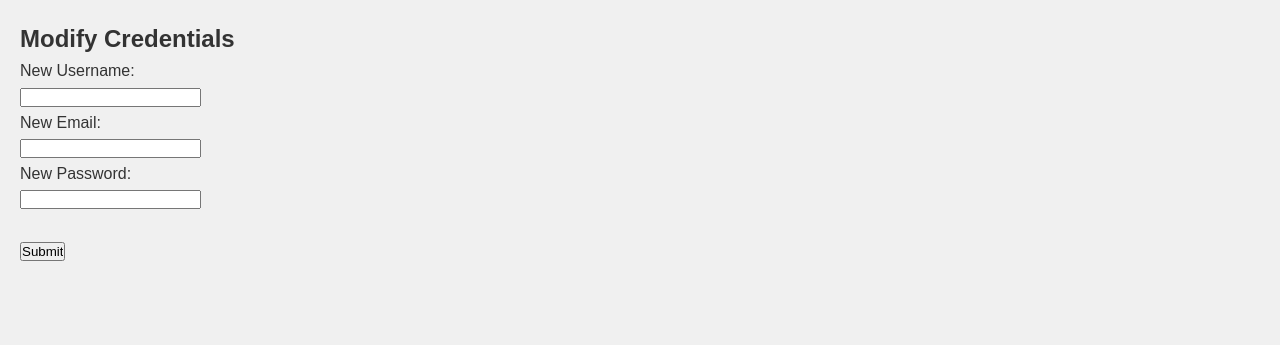
Repository: Javimetro/UniZen
Page: client/public/modifyCredentials.html
These files come from the project's save history. The page is drawn as it stood at one moment and after the next save; the edit follows.
The browser window is 1280 px wide. The pictures show the whole page.

Above is the page before, as saved 2024-03-13 10:12:16.

### client/public/modifyCredentials.html
<!DOCTYPE html>
<html>
<head>
  <meta charset="UTF-8">
  <meta name="viewport" content="width=device-width, initial-scale=1.0">
  <title>Modify Credentials</title>
  <link rel="stylesheet" href="/styles/style.css"> <!-- Link to CSS file -->
  <link rel="icon" href="/public/assets/images/favicon.ico" type="image/x-icon">
</head>
<body>
  <h2>Modify Credentials</h2>
  <form id="modify-credentials-form">
    <label for="username">New Username:</label><br>
    <input type="text" id="username" name="username" required><br>
    <label for="email">New Email:</label><br>
    <input type="email" id="email" name="email" required><br>
    <label for="password">New Password:</label><br>
    <input type="password" id="password" name="password" minlength="8" required><br>
    <span id="passwordInfoBox" style="display: none;">At least 8 characters long</span><br>
    <input type="submit" value="Submit">
  </form>
  <script src="../src/modifyCredentials.js"></script>
</body>
</html>

### client/public/styles/style.css
/* Basic Reset */
* {
  margin: 0;
  padding: 0;
  box-sizing: border-box;
}

body {
  font-family: 'Arial', sans-serif;
  background-color: #f0f0f0;
  color: #333;
  line-height: 1.6;
  padding: 20px;
}

h1 {
  color: #0fc61b;
  margin-bottom: 20px;
}



p {
  margin-bottom: 20px;
}

#kissaContainer {
  max-width: 800px;
  display: flex;
  flex-direction: column;
  margin: auto;
  background: #fff;
  padding: 20px;
  border-radius: 8px;
  box-shadow: 0 2px 4px rgba(0, 0, 0, 0.1);
}
.card-area {
  display: flex;
  flex-direction: row;
}
.card {
  display: flex; /* Use flexbox layout */
  border: 1px solid #ccc; /* Optional: Add border for visual separation */
  border-radius: 5px; /* Optional: Add border radius for rounded corners */
}

.card-img {
  flex: 1; /* Make the image container grow to fill available space */
  padding: 10px; /* Optional: Add padding for spacing */
}

.card-img img {
  width: 100%; /* Make the image fill the container */
  border-radius: 5px; /* Optional: Add border radius for rounded corners */
}

.card-diary {
  flex: 2; /* Make the diary entry container grow to fill available space */
  padding: 10px; /* Optional: Add padding for spacing */
}

### client/src/modifyCredentials.js
document.getElementById('modify-credentials-form').addEventListener('submit', async function(event) {
  event.preventDefault();

  const username = document.getElementById('username').value;
  const email = document.getElementById('email').value;
  const password = document.getElementById('password').value;

  const response = await fetch('http://localhost:3000/api/users', {
    method: 'PUT',
    headers: {
      'Content-Type': 'application/json',
      'Authorization': 'Bearer ' + localStorage.getItem('token') // Assuming the token is stored in local storage
    },
    body: JSON.stringify({ username, email, password })
  });

  if (response.ok) {
    const data = await response.json();
    alert(data.message);
    window.location.href = 'menu.html'; // Redirect to menu

  } else {
    const errorData = await response.json();
    alert(errorData.message);
  }
});

After the next save:
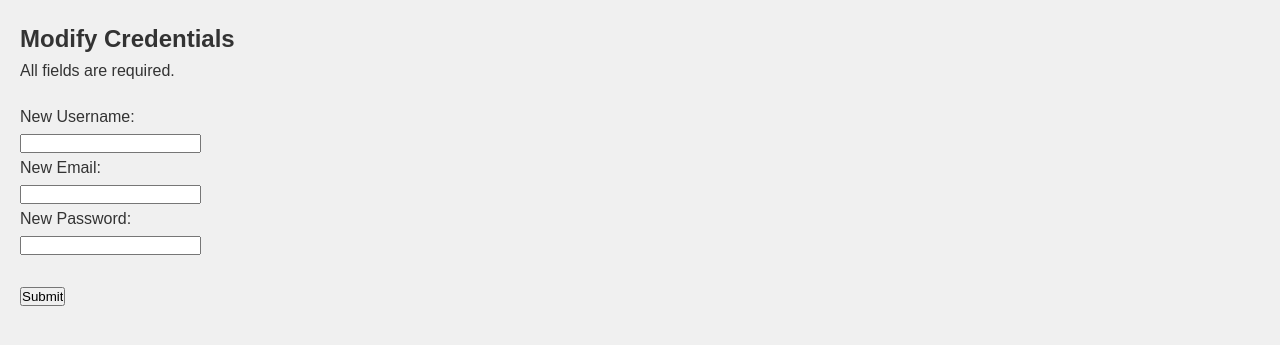
Saved 7 min 3 s later.
--- a/client/public/modifyCredentials.html
+++ b/client/public/modifyCredentials.html
@@ -10,6 +10,7 @@
 <body>
   <h2>Modify Credentials</h2>
   <form id="modify-credentials-form">
+    <p>All fields are required.</p>
     <label for="username">New Username:</label><br>
     <input type="text" id="username" name="username" required><br>
     <label for="email">New Email:</label><br>
